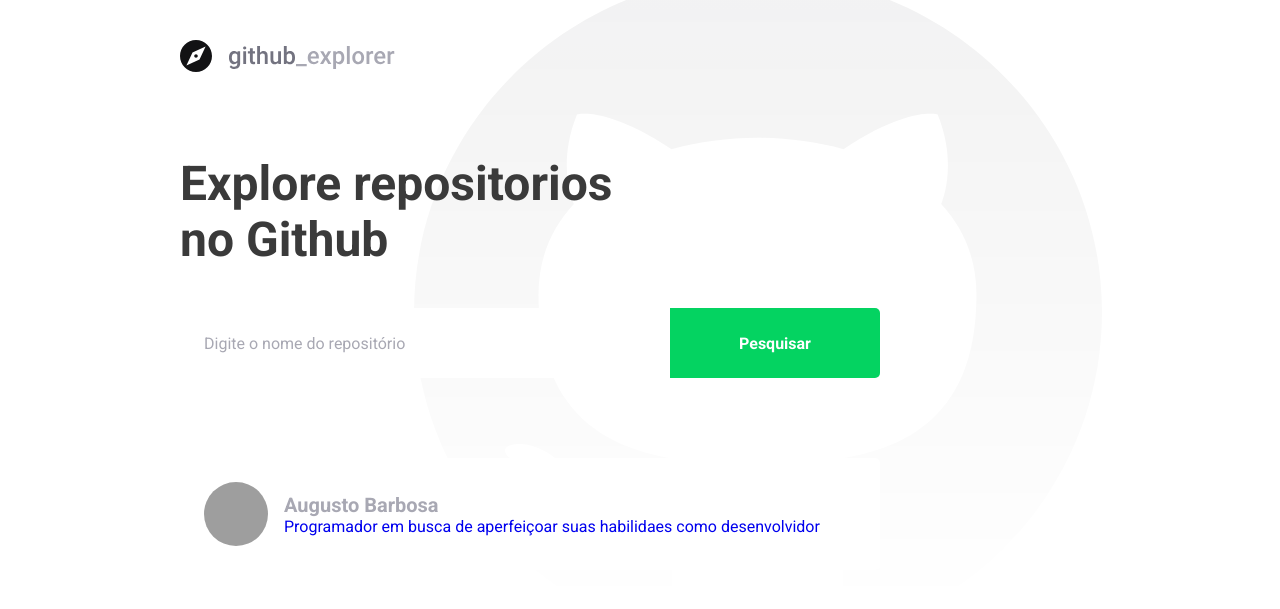
Repository: gutobarbosa/FrontEndLojaVirtual
Page: /
An editor plug-in stored every save of this project. The page is shown before and after the next save, followed by the edit.
The browser window is 1280 px wide. The pictures show the whole page.
Pictures or frames that could not be fetched are drawn as grey boxes. The project was rebuilt for these pictures with package versions that can differ from the ones it lists, and the page was loaded fresh each time. Also part of the build but not shown: src/pages/Repository/index.tsx.

Above is the page before, as saved 2020-09-06 21:08:05.

After the next save:
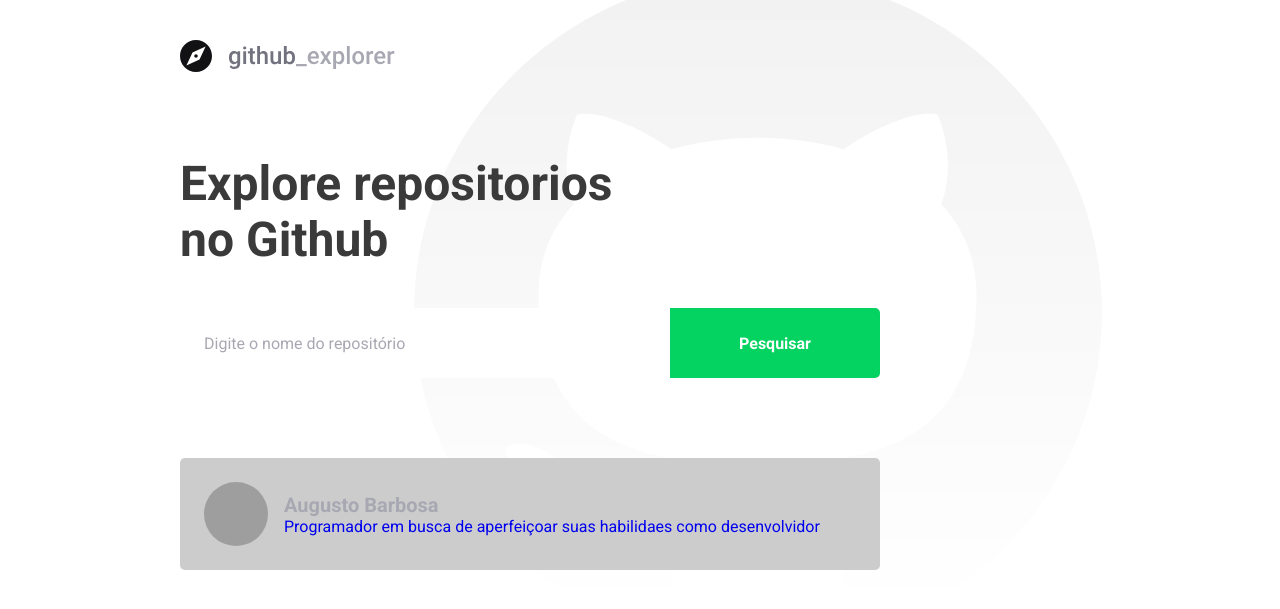
Saved 13 s later.
--- a/src/pages/Dashboard/styles.ts
+++ b/src/pages/Dashboard/styles.ts
@@ -59,7 +59,7 @@
     max-width: 700px;
 
     a {
-        background: #fff;
+        background: #ccc;
         border-radius: 5px;
         width: 100%;
         padding: 24px;

After the save that followed:
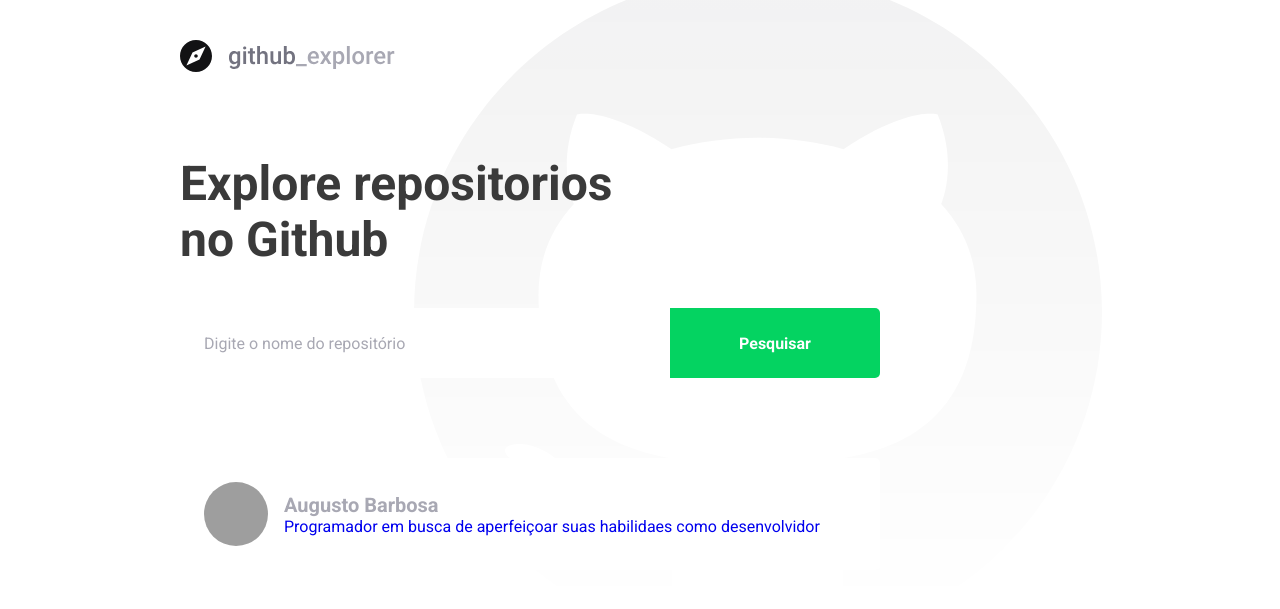
Saved 13 s later.
--- a/src/pages/Dashboard/styles.ts
+++ b/src/pages/Dashboard/styles.ts
@@ -59,7 +59,7 @@
     max-width: 700px;
 
     a {
-        background: #ccc;
+        background: #fff;
         border-radius: 5px;
         width: 100%;
         padding: 24px;
